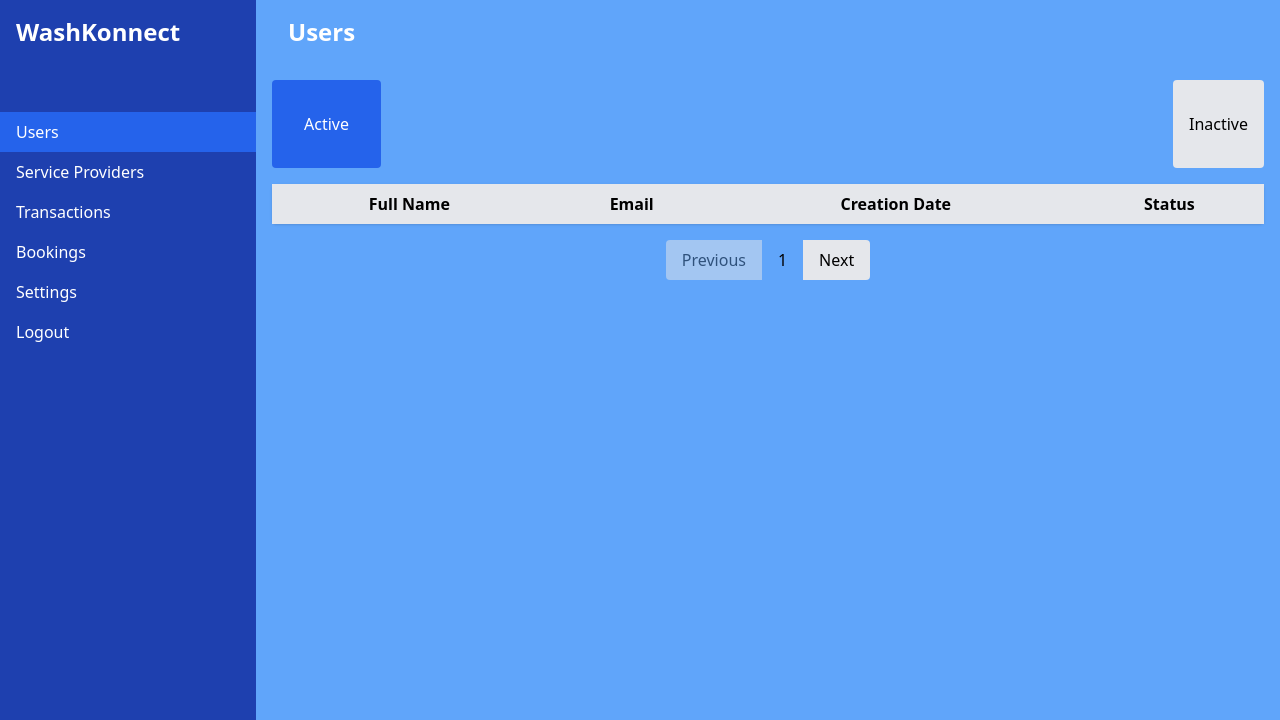
Repository: TEKVOLUTION-LTD/Admin-washKonnect
Page: /dashboard/users (app in Admin-WashKonnect/)
The author's editor kept a copy of each file at every save. The page is drawn from the files as they stood at one save, then again after the next save.
The browser window is 1280 px wide. The pictures show the whole page.
The page's requests for data from a server got no answer. The project was rebuilt for these pictures with package versions that can differ from the ones it lists, and the page was loaded fresh each time. No one was signed in, and anything a server would have sent is missing. Also part of the build but not shown: Admin-WashKonnect/vite.config.js, Admin-WashKonnect/src/pages/LoginPage.jsx, Admin-WashKonnect/src/pages/ServiceProviderPage.jsx, Admin-WashKonnect/src/pages/TransactionsPage.jsx, Admin-WashKonnect/src/pages/BookingsPage.jsx, Admin-WashKonnect/src/pages/SettingsPage.jsx, Admin-WashKonnect/src/pages/LogoutPage.jsx.

Above is the page before, as saved 2024-11-19 16:56:47.

After the next save:
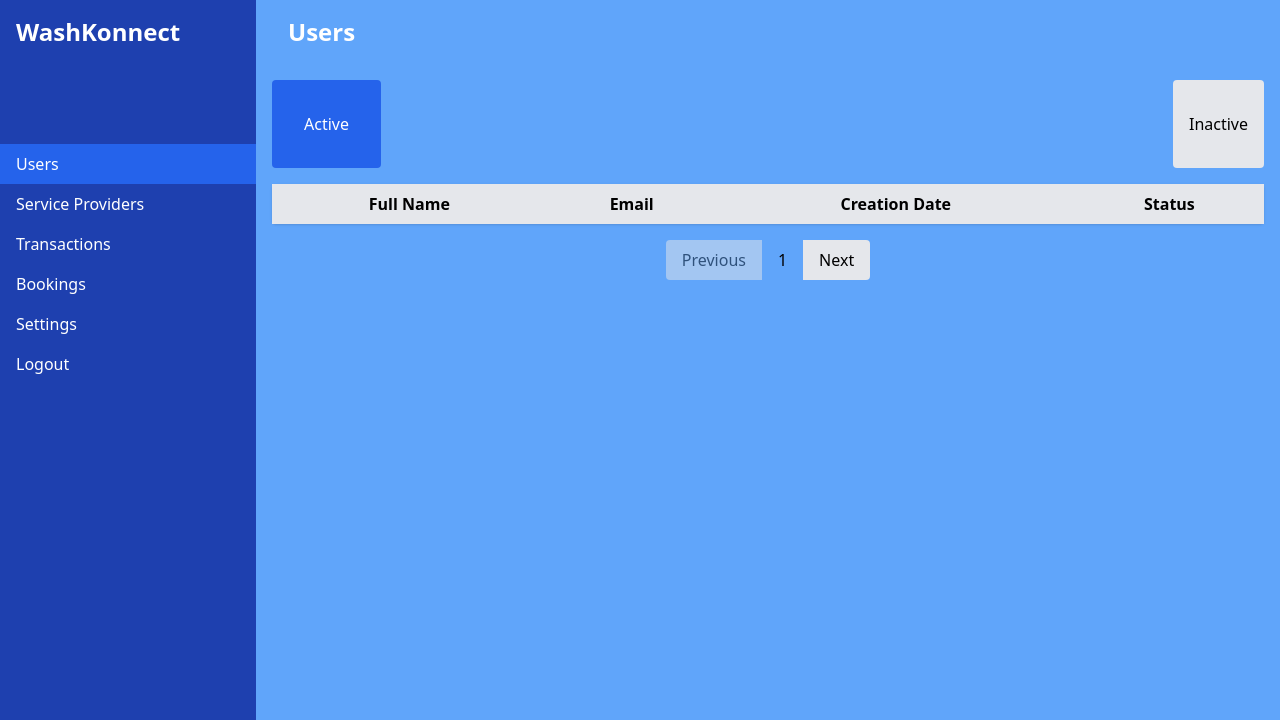
Saved 7 s later.
--- a/Admin-WashKonnect/src/components/Sidebar.jsx
+++ b/Admin-WashKonnect/src/components/Sidebar.jsx
@@ -4,7 +4,7 @@
   return (
     <div className="w-64 bg-blue-800 text-white h-full flex flex-col">
       <div className="p-4 text-2xl font-bold">WashKonnect</div>
-      <nav className="flex-1 mt-[3rem]">
+      <nav className="flex-1 mt-[5rem]">
         {[
           { name: "Users", path: "users" },
           { name: "Service Providers", path: "service-providers" },
